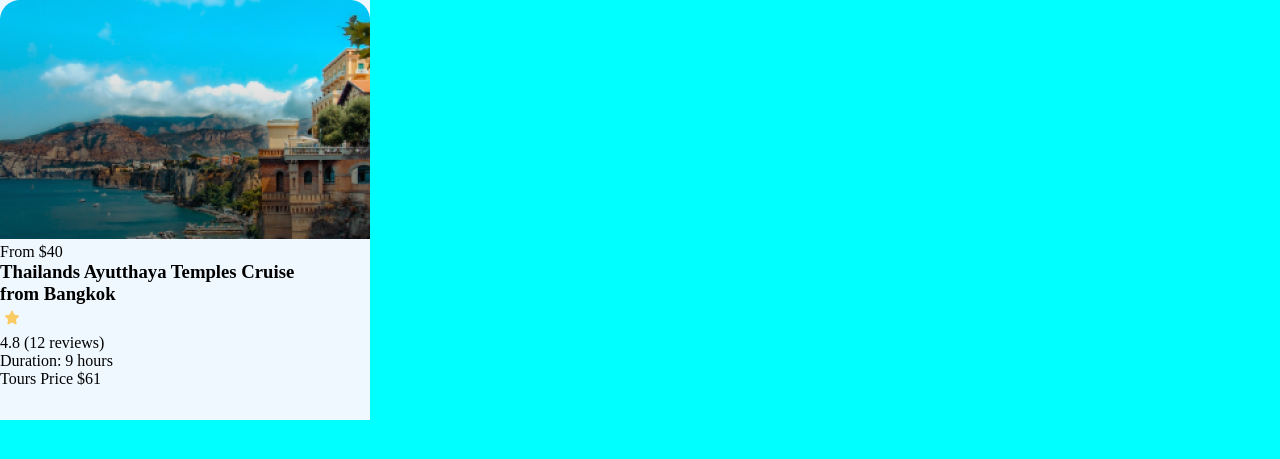
Repository: nguyentuankiet-k61/K_IT-demo
Page: index.html
These files come from the project's save history. The page is drawn as it stood at one moment and after the next save; the edit follows.
The browser window is 1280 px wide. The pictures show the whole page.
Some web fonts or font styles are not loaded; a fallback is used.

Above is the page before, as saved 2022-09-29 14:55:10.

### index.html
<!DOCTYPE html>
<html lang="en">
<head>
    <meta charset="UTF-8">
    <meta http-equiv="X-UA-Compatible" content="IE=edge">
    <meta name="viewport" content="width=device-width, initial-scale=1.0">
    <title>HTML CSS Master</title>
    <link rel = "preconnect" href = "https://fonts.googleapis.com">
    <link rel = "preconnect" href = "https://fonts.gstatic.com" crossorigin>
    <link href = "https: //fonts.googleapis.com/css2? family = Inter: wght @ 500; 600 & display = swap "rel =" stylesheet ">
    <link rel="stylesheet" href="./CSS/app.css">
</head>
<body>
 <div class="Tours">
    <div class="Tours_top">
        <img src="./image/image1.png" alt="this is a image"/>
        <span class="Tours_price">From $40</span>
    </div>
    <div class="Tours_content">
        <div class="Tourrs_title">
            <h3>Thailands Ayutthaya Temples
                Cruise from Bangkok</h3>
        </div>
        <div class="Tours_ratting">
            <div class="Tours_star">
                <img src="./image/img-star.png" alt="this is image"/>
            </div>
            <div class="Tours_review">
                4.8 (12 reviews)
            </div>
            <div class="Tours_duration">Duration: 9 hours

            </div>
        </div>
        <div class="Tours_botton">Tours Price $61</div>
    </div>

 </div>
</body>
</html>

### CSS/app.css
*{
    margin: 0;
    padding: 0;
}
body{
    background-color: aqua;
}
.Tours{
    width: 370px;
    height: 420px;
    background-color: aliceblue;
}
.Tours_content{
    width: 330px;
    height: 147px;
}

After the next save:
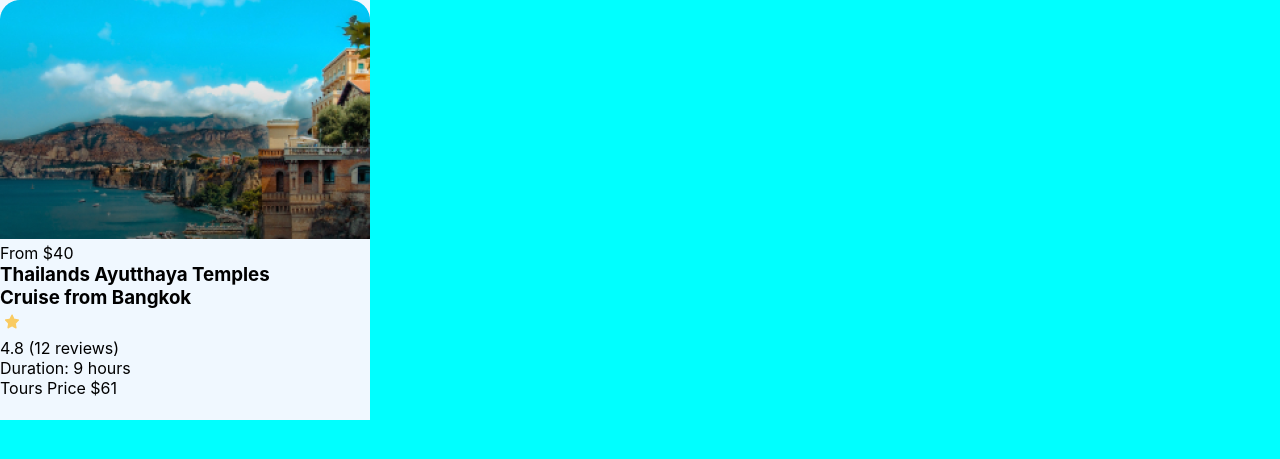
Saved 3 min 23 s later.
--- a/CSS/app.css
+++ b/CSS/app.css
@@ -4,6 +4,8 @@
 }
 body{
     background-color: aqua;
+    font-family: 'Inter', sans-serif;
+
 }
 .Tours{
     width: 370px;
